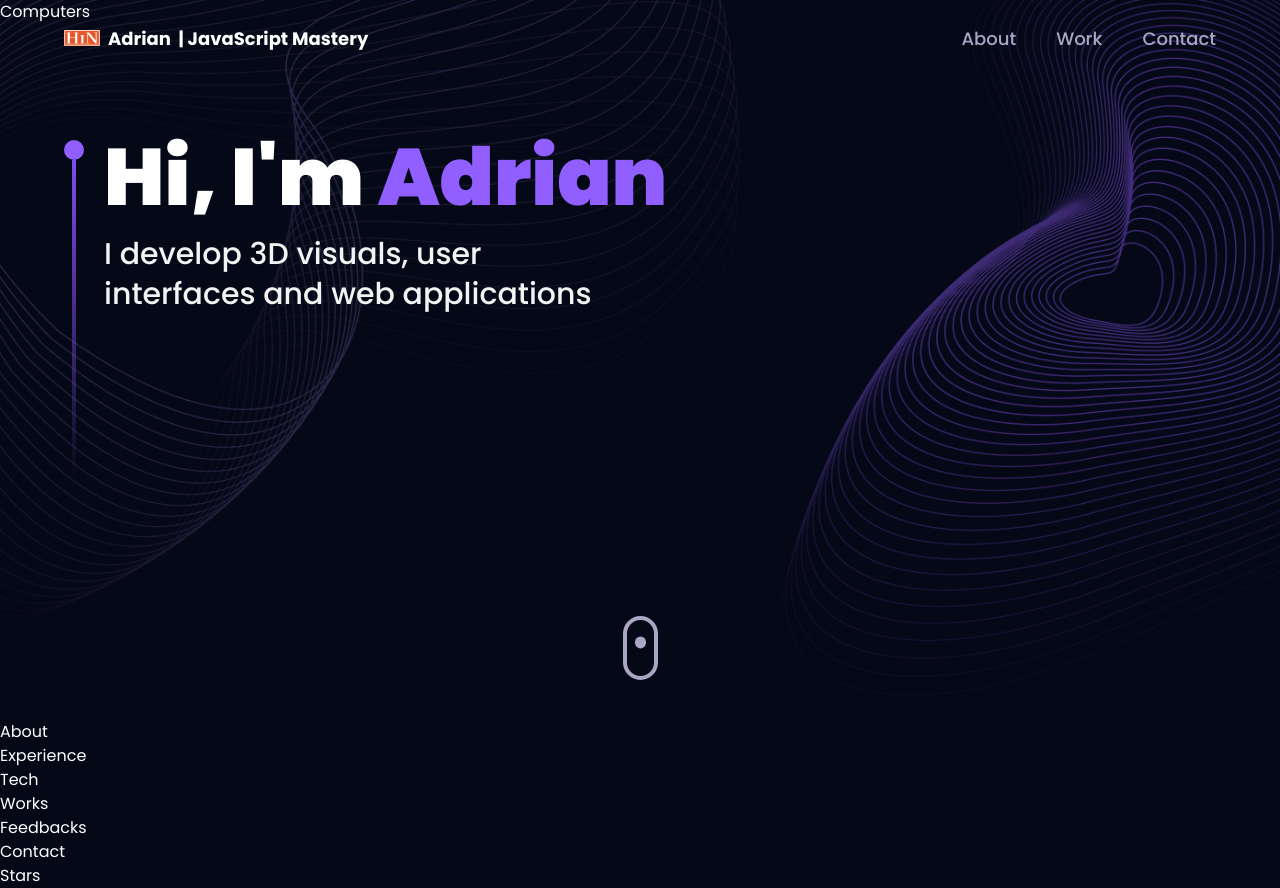
Repository: truonghuynhquy/3D_Portfolio
Page: /
An editor plug-in stored every save of this project. The page is shown before and after the next save, followed by the edit.
The browser window is 1280 px wide. The pictures show the whole page.
The project was rebuilt for these pictures with package versions that can differ from the ones it lists, and the page was loaded fresh each time. Also part of the build but not shown: vite.config.js, src/components/canvas/Earth.jsx, src/components/canvas/Ball.jsx. Imported but missing from the stored project, and not drawn on this page: src/components/hoc, src/components/styles, src/components/utils/motion.

Above is the page before, as saved 2023-04-08 11:03:36.

### index.html
<!DOCTYPE html>
<html lang="en">
  <head>
    <meta charset="UTF-8" />
    <link rel="icon" type="image/svg+xml" href="/src/assets/logo.svg" />
    <meta name="viewport" content="width=device-width, initial-scale=1.0" />
    <title>H1n | Portfolio</title>
  </head>
  <body>
    <div id="root"></div>
    <script type="module" src="/src/main.jsx"></script>
  </body>
</html>

### src/App.jsx
import { BrowserRouter } from "react-router-dom";

import {
    About,
    Contact,
    Experience,
    Feedbacks,
    Hero,
    Navbar,
    Tech,
    Works,
    StarsCanvas,
} from "./components";

const App = () => {
    return (
        <BrowserRouter>
            <div className="relative z-0 bg-primary">
                <div className="bg-hero-pattern bg-cover bg-no-repeat bg-center h-screen">
                    <Navbar />
                    <Hero />
                </div>
                <About />
                <Experience />
                <Tech />
                <Works />
                <Feedbacks />
                <div className="relative z-0">
                    <Contact />
                    <StarsCanvas />
                </div>
            </div>
        </BrowserRouter>
    );
};

export default App;

### src/index.css
@import url("https://fonts.googleapis.com/css2?family=Poppins:wght@100;200;300;400;500;600;700;800;900&display=swap");

@tailwind base;
@tailwind components;
@tailwind utilities;

* {
    margin: 0;
    padding: 0;
    box-sizing: border-box;
    font-family: "Poppins", sans-serif;
    scroll-behavior: smooth;
    color-scheme: dark;
}

.hash-span {
    margin-top: -100px;
    padding-bottom: 100px;
    display: block;
}

.black-gradient {
    background: #000000; /* fallback for old browsers */
    background: -webkit-linear-gradient(
        to right,
        #434343,
        #000000
    ); /* Chrome 10-25, Safari 5.1-6 */
    background: linear-gradient(
        to right,
        #434343,
        #000000
    ); /* W3C, IE 10+/ Edge, Firefox 16+, Chrome 26+, Opera 12+, Safari 7+ */
}

.violet-gradient {
    background: #804dee;
    background: linear-gradient(-90deg, #804dee 0%, rgba(60, 51, 80, 0) 100%);
    background: -webkit-linear-gradient(
        -90deg,
        #804dee 0%,
        rgba(60, 51, 80, 0) 100%
    );
}

.green-pink-gradient {
    background: "#00cea8";
    background: linear-gradient(90.13deg, #00cea8 1.9%, #bf61ff 97.5%);
    background: -webkit-linear-gradient(-90.13deg, #00cea8 1.9%, #bf61ff 97.5%);
}

.orange-text-gradient {
    background: #f12711; /* fallback for old browsers */
    background: -webkit-linear-gradient(
        to top,
        #f12711,
        #f5af19
    ); /* Chrome 10-25, Safari 5.1-6 */
    background: linear-gradient(
        to top,
        #f12711,
        #f5af19
    ); /* W3C, IE 10+/ Edge, Firefox 16+, Chrome 26+, Opera 12+, Safari 7+ */
    -webkit-background-clip: text;
    -webkit-text-fill-color: transparent;
}

.green-text-gradient {
    background: #11998e; /* fallback for old browsers */
    background: -webkit-linear-gradient(
        to top,
        #11998e,
        #38ef7d
    ); /* Chrome 10-25, Safari 5.1-6 */
    background: linear-gradient(
        to top,
        #11998e,
        #38ef7d
    ); /* W3C, IE 10+/ Edge, Firefox 16+, Chrome 26+, Opera 12+, Safari 7+ */
    -webkit-background-clip: text;
    -webkit-text-fill-color: transparent;
}

.blue-text-gradient {
    /* background: -webkit-linear-gradient(#eee, #333); */
    background: #56ccf2; /* fallback for old browsers */
    background: -webkit-linear-gradient(
        to top,
        #2f80ed,
        #56ccf2
    ); /* Chrome 10-25, Safari 5.1-6 */
    background: linear-gradient(
        to top,
        #2f80ed,
        #56ccf2
    ); /* W3C, IE 10+/ Edge, Firefox 16+, Chrome 26+, Opera 12+, Safari 7+ */
    -webkit-background-clip: text;
    -webkit-text-fill-color: transparent;
}

.pink-text-gradient {
    background: #ec008c; /* fallback for old browsers */
    background: -webkit-linear-gradient(
        to top,
        #ec008c,
        #fc6767
    ); /* Chrome 10-25, Safari 5.1-6 */
    background: linear-gradient(
        to top,
        #ec008c,
        #fc6767
    ); /* W3C, IE 10+/ Edge, Firefox 16+, Chrome 26+, Opera 12+, Safari 7+ */
    -webkit-background-clip: text;
    -webkit-text-fill-color: transparent;
}

/* canvas- styles */
.canvas-loader {
    font-size: 10px;
    width: 1em;
    height: 1em;
    border-radius: 50%;
    position: relative;
    text-indent: -9999em;
    animation: mulShdSpin 1.1s infinite ease;
    transform: translateZ(0);
}

@keyframes mulShdSpin {
    0%,
    100% {
        box-shadow: 0em -2.6em 0em 0em #ffffff,
            1.8em -1.8em 0 0em rgba(255, 255, 255, 0.2),
            2.5em 0em 0 0em rgba(255, 255, 255, 0.2),
            1.75em 1.75em 0 0em rgba(255, 255, 255, 0.2),
            0em 2.5em 0 0em rgba(255, 255, 255, 0.2),
            -1.8em 1.8em 0 0em rgba(255, 255, 255, 0.2),
            -2.6em 0em 0 0em rgba(255, 255, 255, 0.5),
            -1.8em -1.8em 0 0em rgba(255, 255, 255, 0.7);
    }
    12.5% {
        box-shadow: 0em -2.6em 0em 0em rgba(255, 255, 255, 0.7),
            1.8em -1.8em 0 0em #ffffff, 2.5em 0em 0 0em rgba(255, 255, 255, 0.2),
            1.75em 1.75em 0 0em rgba(255, 255, 255, 0.2),
            0em 2.5em 0 0em rgba(255, 255, 255, 0.2),
            -1.8em 1.8em 0 0em rgba(255, 255, 255, 0.2),
            -2.6em 0em 0 0em rgba(255, 255, 255, 0.2),
            -1.8em -1.8em 0 0em rgba(255, 255, 255, 0.5);
    }
    25% {
        box-shadow: 0em -2.6em 0em 0em rgba(255, 255, 255, 0.5),
            1.8em -1.8em 0 0em rgba(255, 255, 255, 0.7), 2.5em 0em 0 0em #ffffff,
            1.75em 1.75em 0 0em rgba(255, 255, 255, 0.2),
            0em 2.5em 0 0em rgba(255, 255, 255, 0.2),
            -1.8em 1.8em 0 0em rgba(255, 255, 255, 0.2),
            -2.6em 0em 0 0em rgba(255, 255, 255, 0.2),
            -1.8em -1.8em 0 0em rgba(255, 255, 255, 0.2);
    }
    37.5% {
        box-shadow: 0em -2.6em 0em 0em rgba(255, 255, 255, 0.2),
            1.8em -1.8em 0 0em rgba(255, 255, 255, 0.5),
            2.5em 0em 0 0em rgba(255, 255, 255, 0.7),
            1.75em 1.75em 0 0em #ffffff,
            0em 2.5em 0 0em rgba(255, 255, 255, 0.2),
            -1.8em 1.8em 0 0em rgba(255, 255, 255, 0.2),
            -2.6em 0em 0 0em rgba(255, 255, 255, 0.2),
            -1.8em -1.8em 0 0em rgba(255, 255, 255, 0.2);
    }
    50% {
        box-shadow: 0em -2.6em 0em 0em rgba(255, 255, 255, 0.2),
            1.8em -1.8em 0 0em rgba(255, 255, 255, 0.2),
            2.5em 0em 0 0em rgba(255, 255, 255, 0.5),
            1.75em 1.75em 0 0em rgba(255, 255, 255, 0.7),
            0em 2.5em 0 0em #ffffff, -1.8em 1.8em 0 0em rgba(255, 255, 255, 0.2),
            -2.6em 0em 0 0em rgba(255, 255, 255, 0.2),
            -1.8em -1.8em 0 0em rgba(255, 255, 255, 0.2);
    }
    62.5% {
        box-shadow: 0em -2.6em 0em 0em rgba(255, 255, 255, 0.2),
            1.8em -1.8em 0 0em rgba(255, 255, 255, 0.2),
            2.5em 0em 0 0em rgba(255, 255, 255, 0.2),
            1.75em 1.75em 0 0em rgba(255, 255, 255, 0.5),
            0em 2.5em 0 0em rgba(255, 255, 255, 0.7), -1.8em 1.8em 0 0em #ffffff,
            -2.6em 0em 0 0em rgba(255, 255, 255, 0.2),
            -1.8em -1.8em 0 0em rgba(255, 255, 255, 0.2);
    }
    75% {
        box-shadow: 0em -2.6em 0em 0em rgba(255, 255, 255, 0.2),
            1.8em -1.8em 0 0em rgba(255, 255, 255, 0.2),
            2.5em 0em 0 0em rgba(255, 255, 255, 0.2),
            1.75em 1.75em 0 0em rgba(255, 255, 255, 0.2),
            0em 2.5em 0 0em rgba(255, 255, 255, 0.5),
            -1.8em 1.8em 0 0em rgba(255, 255, 255, 0.7),
            -2.6em 0em 0 0em #ffffff,
            -1.8em -1.8em 0 0em rgba(255, 255, 255, 0.2);
    }
    87.5% {
        box-shadow: 0em -2.6em 0em 0em rgba(255, 255, 255, 0.2),
            1.8em -1.8em 0 0em rgba(255, 255, 255, 0.2),
            2.5em 0em 0 0em rgba(255, 255, 255, 0.2),
            1.75em 1.75em 0 0em rgba(255, 255, 255, 0.2),
            0em 2.5em 0 0em rgba(255, 255, 255, 0.2),
            -1.8em 1.8em 0 0em rgba(255, 255, 255, 0.5),
            -2.6em 0em 0 0em rgba(255, 255, 255, 0.7),
            -1.8em -1.8em 0 0em #ffffff;
    }
}

### src/components/Hero.jsx
import { motion } from "framer-motion";

import { styles } from "../styles";
import { ComputersCanvas } from "./canvas";

const Hero = () => {
  return (
    <section className={`relative w-full h-screen mx-auto`}>
      <div
        className={`absolute inset-0 top-[120px]  max-w-7xl mx-auto ${styles.paddingX} flex flex-row items-start gap-5`}
      >
        <div className='flex flex-col justify-center items-center mt-5'>
          <div className='w-5 h-5 rounded-full bg-[#915EFF]' />
          <div className='w-1 sm:h-80 h-40 violet-gradient' />
        </div>

        <div>
          <h1 className={`${styles.heroHeadText} text-white`}>
            Hi, I'm <span className='text-[#915EFF]'>Adrian</span>
          </h1>
          <p className={`${styles.heroSubText} mt-2 text-white-100`}>
            I develop 3D visuals, user <br className='sm:block hidden' />
            interfaces and web applications
          </p>
        </div>
      </div>

      <ComputersCanvas />

      <div className='absolute xs:bottom-10 bottom-32 w-full flex justify-center items-center'>
        <a href='#about'>
          <div className='w-[35px] h-[64px] rounded-3xl border-4 border-secondary flex justify-center items-start p-2'>
            <motion.div
              animate={{
                y: [0, 24, 0],
              }}
              transition={{
                duration: 1.5,
                repeat: Infinity,
                repeatType: "loop",
              }}
              className='w-3 h-3 rounded-full bg-secondary mb-1'
            />
          </div>
        </a>
      </div>
    </section>
  );
};

export default Hero;

### src/components/Navbar.jsx
import React, { useEffect, useState } from "react";
import { Link } from "react-router-dom";

import { styles } from "../styles";
import { navLinks } from "../constants";
import { logo, menu, close } from "../assets";

const Navbar = () => {
    const [active, setActive] = useState("");
    const [toggle, setToggle] = useState(false);
    const [scrolled, setScrolled] = useState(false);

    useEffect(() => {
        const handleScroll = () => {
            const scrollTop = window.scrollY;
            if (scrollTop > 100) {
                setScrolled(true);
            } else {
                setScrolled(false);
            }
        };

        window.addEventListener("scroll", handleScroll);

        return () => window.removeEventListener("scroll", handleScroll);
    }, []);

    return (
        <nav
            className={`${
                styles.paddingX
            } w-full flex items-center py-5 fixed top-0 z-20 ${
                scrolled ? "bg-primary" : "bg-transparent"
            }`}
        >
            <div className="w-full flex justify-between items-center max-w-7xl mx-auto">
                <Link
                    to="/"
                    className="flex items-center gap-2"
                    onClick={() => {
                        setActive("");
                        window.scrollTo(0, 0);
                    }}
                >
                    <img
                        src={logo}
                        alt="logo"
                        className="w-9 h-9 object-contain"
                    />
                    <p className="text-white text-[18px] font-bold cursor-pointer flex ">
                        Adrian &nbsp;
                        <span className="sm:block hidden">
                            {" "}
                            | JavaScript Mastery
                        </span>
                    </p>
                </Link>

                <ul className="list-none hidden sm:flex flex-row gap-10">
                    {navLinks.map((nav) => (
                        <li
                            key={nav.id}
                            className={`${
                                active === nav.title
                                    ? "text-white"
                                    : "text-secondary"
                            } hover:text-white text-[18px] font-medium cursor-pointer`}
                            onClick={() => setActive(nav.title)}
                        >
                            <a href={`#${nav.id}`}>{nav.title}</a>
                        </li>
                    ))}
                </ul>

                <div className="sm:hidden flex flex-1 justify-end items-center">
                    <img
                        src={toggle ? close : menu}
                        alt="menu"
                        className="w-[28px] h-[28px] object-contain"
                        onClick={() => setToggle(!toggle)}
                    />

                    <div
                        className={`${
                            !toggle ? "hidden" : "flex"
                        } p-6 black-gradient absolute top-20 right-0 mx-4 my-2 min-w-[140px] z-10 rounded-xl`}
                    >
                        <ul className="list-none flex justify-end items-start flex-1 flex-col gap-4">
                            {navLinks.map((nav) => (
                                <li
                                    key={nav.id}
                                    className={`font-poppins font-medium cursor-pointer text-[16px] ${
                                        active === nav.title
                                            ? "text-white"
                                            : "text-secondary"
                                    }`}
                                    onClick={() => {
                                        setToggle(!toggle);
                                        setActive(nav.title);
                                    }}
                                >
                                    <a href={`#${nav.id}`}>{nav.title}</a>
                                </li>
                            ))}
                        </ul>
                    </div>
                </div>
            </div>
        </nav>
    );
};

export default Navbar;

### src/constants/index.js
import {
  mobile,
  backend,
  creator,
  web,
  javascript,
  typescript,
  html,
  css,
  reactjs,
  redux,
  tailwind,
  nodejs,
  mongodb,
  git,
  figma,
  docker,
  meta,
  starbucks,
  tesla,
  shopify,
  carrent,
  jobit,
  tripguide,
  threejs,
} from "../assets";

export const navLinks = [
  {
    id: "about",
    title: "About",
  },
  {
    id: "work",
    title: "Work",
  },
  {
    id: "contact",
    title: "Contact",
  },
];

const services = [
  {
    title: "Web Developer",
    icon: web,
  },
  {
    title: "React Native Developer",
    icon: mobile,
  },
  {
    title: "Backend Developer",
    icon: backend,
  },
  {
    title: "Content Creator",
    icon: creator,
  },
];

const technologies = [
  {
    name: "HTML 5",
    icon: html,
  },
  {
    name: "CSS 3",
    icon: css,
  },
  {
    name: "JavaScript",
    icon: javascript,
  },
  {
    name: "TypeScript",
    icon: typescript,
  },
  {
    name: "React JS",
    icon: reactjs,
  },
  {
    name: "Redux Toolkit",
    icon: redux,
  },
  {
    name: "Tailwind CSS",
    icon: tailwind,
  },
  {
    name: "Node JS",
    icon: nodejs,
  },
  {
    name: "MongoDB",
    icon: mongodb,
  },
  {
    name: "Three JS",
    icon: threejs,
  },
  {
    name: "git",
    icon: git,
  },
  {
    name: "figma",
    icon: figma,
  },
  {
    name: "docker",
    icon: docker,
  },
];

const experiences = [
  {
    title: "React.js Developer",
    company_name: "Starbucks",
    icon: starbucks,
    iconBg: "#383E56",
    date: "March 2020 - April 2021",
    points: [
      "Developing and maintaining web applications using React.js and other related technologies.",
      "Collaborating with cross-functional teams including designers, product managers, and other developers to create high-quality products.",
      "Implementing responsive design and ensuring cross-browser compatibility.",
      "Participating in code reviews and providing constructive feedback to other developers.",
    ],
  },
  {
    title: "React Native Developer",
    company_name: "Tesla",
    icon: tesla,
    iconBg: "#E6DEDD",
    date: "Jan 2021 - Feb 2022",
    points: [
      "Developing and maintaining web applications using React.js and other related technologies.",
      "Collaborating with cross-functional teams including designers, product managers, and other developers to create high-quality products.",
      "Implementing responsive design and ensuring cross-browser compatibility.",
      "Participating in code reviews and providing constructive feedback to other developers.",
    ],
  },
  {
    title: "Web Developer",
    company_name: "Shopify",
    icon: shopify,
    iconBg: "#383E56",
    date: "Jan 2022 - Jan 2023",
    points: [
      "Developing and maintaining web applications using React.js and other related technologies.",
      "Collaborating with cross-functional teams including designers, product managers, and other developers to create high-quality products.",
      "Implementing responsive design and ensuring cross-browser compatibility.",
      "Participating in code reviews and providing constructive feedback to other developers.",
    ],
  },
  {
    title: "Full stack Developer",
    company_name: "Meta",
    icon: meta,
    iconBg: "#E6DEDD",
    date: "Jan 2023 - Present",
    points: [
      "Developing and maintaining web applications using React.js and other related technologies.",
      "Collaborating with cross-functional teams including designers, product managers, and other developers to create high-quality products.",
      "Implementing responsive design and ensuring cross-browser compatibility.",
      "Participating in code reviews and providing constructive feedback to other developers.",
    ],
  },
];

const testimonials = [
  {
    testimonial:
      "I thought it was impossible to make a website as beautiful as our product, but Rick proved me wrong.",
    name: "Sara Lee",
    designation: "CFO",
    company: "Acme Co",
    image: "https://randomuser.me/api/portraits/women/4.jpg",
  },
  {
    testimonial:
      "I've never met a web developer who truly cares about their clients' success like Rick does.",
    name: "Chris Brown",
    designation: "COO",
    company: "DEF Corp",
    image: "https://randomuser.me/api/portraits/men/5.jpg",
  },
  {
    testimonial:
      "After Rick optimized our website, our traffic increased by 50%. We can't thank them enough!",
    name: "Lisa Wang",
    designation: "CTO",
    company: "456 Enterprises",
    image: "https://randomuser.me/api/portraits/women/6.jpg",
  },
];

const projects = [
  {
    name: "Car Rent",
    description:
      "Web-based platform that allows users to search, book, and manage car rentals from various providers, providing a convenient and efficient solution for transportation needs.",
    tags: [
      {
        name: "react",
        color: "blue-text-gradient",
      },
      {
        name: "mongodb",
        color: "green-text-gradient",
      },
      {
        name: "tailwind",
        color: "pink-text-gradient",
      },
    ],
    image: carrent,
    source_code_link: "https://github.com/",
  },
  {
    name: "Job IT",
    description:
      "Web application that enables users to search for job openings, view estimated salary ranges for positions, and locate available jobs based on their current location.",
    tags: [
      {
        name: "react",
        color: "blue-text-gradient",
      },
      {
        name: "restapi",
        color: "green-text-gradient",
      },
      {
        name: "scss",
        color: "pink-text-gradient",
      },
    ],
    image: jobit,
    source_code_link: "https://github.com/",
  },
  {
    name: "Trip Guide",
    description:
      "A comprehensive travel booking platform that allows users to book flights, hotels, and rental cars, and offers curated recommendations for popular destinations.",
    tags: [
      {
        name: "nextjs",
        color: "blue-text-gradient",
      },
      {
        name: "supabase",
        color: "green-text-gradient",
      },
      {
        name: "css",
        color: "pink-text-gradient",
      },
    ],
    image: tripguide,
    source_code_link: "https://github.com/",
  },
];

export { services, technologies, experiences, testimonials, projects };

### src/assets/index.js
import logo from "./logo.svg";
import backend from "./backend.png";
import creator from "./creator.png";
import mobile from "./mobile.png";
import web from "./web.png";
import github from "./github.png";
import menu from "./menu.svg";
import close from "./close.svg";

import css from "./tech/css.png";
import docker from "./tech/docker.png";
import figma from "./tech/figma.png";
import git from "./tech/git.png";
import html from "./tech/html.png";
import javascript from "./tech/javascript.png";
import mongodb from "./tech/mongodb.png";
import nodejs from "./tech/nodejs.png";
import reactjs from "./tech/reactjs.png";
import redux from "./tech/redux.png";
import tailwind from "./tech/tailwind.png";
import typescript from "./tech/typescript.png";
import threejs from "./tech/threejs.svg";

import meta from "./company/meta.png";
import shopify from "./company/shopify.png";
import starbucks from "./company/starbucks.png";
import tesla from "./company/tesla.png";

import carrent from "./carrent.png";
import jobit from "./jobit.png";
import tripguide from "./tripguide.png";

export {
  logo,
  backend,
  creator,
  mobile,
  web,
  github,
  menu,
  close,
  css,
  docker,
  figma,
  git,
  html,
  javascript,
  mongodb,
  nodejs,
  reactjs,
  redux,
  tailwind,
  typescript,
  threejs,
  meta,
  shopify,
  starbucks,
  tesla,
  carrent,
  jobit,
  tripguide,
};

### tailwind.config.js
/** @type {import('tailwindcss').Config} */
module.exports = {
    content: ["./src/**/*.{js,jsx}"],
    mode: "jit",
    theme: {
        extend: {
            colors: {
                primary: "#050816",
                secondary: "#aaa6c3",
                tertiary: "#151030",
                "black-100": "#100d25",
                "black-200": "#090325",
                "white-100": "#f3f3f3",
            },
            boxShadow: {
                card: "0px 35px 120px -15px #211e35",
            },
            screens: {
                xs: "450px",
            },
            backgroundImage: {
                "hero-pattern": "url('/src/assets/herobg.png')",
            },
        },
    },
    plugins: [],
};

Loaded but not shown: src/main.jsx (common file); src/components/index.js (common file); src/components/canvas/index.js (common file); src/components/About.jsx (common file); src/components/Tech.jsx (common file); src/components/Experience.jsx (common file); src/components/Works.jsx (common file); src/components/Feedbacks.jsx (common file); src/components/Contact.jsx (common file); src/components/canvas/Computers.jsx (common file); src/components/canvas/Stars.jsx (common file); src/styles.js (common file)

After the next save:
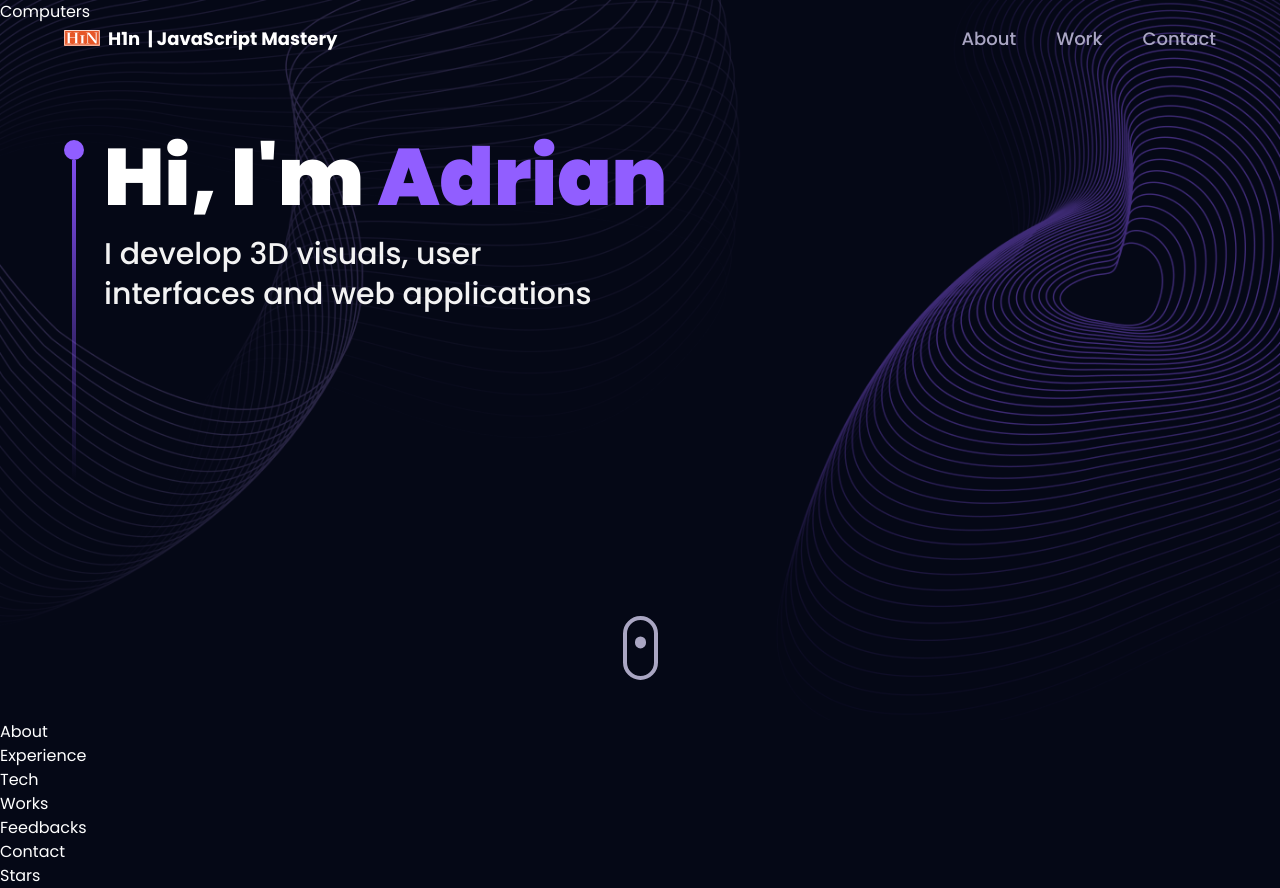
Saved 111 s later.
--- a/src/components/Navbar.jsx
+++ b/src/components/Navbar.jsx
@@ -48,7 +48,7 @@
                         className="w-9 h-9 object-contain"
                     />
                     <p className="text-white text-[18px] font-bold cursor-pointer flex ">
-                        Adrian &nbsp;
+                        H1n &nbsp;
                         <span className="sm:block hidden">
                             {" "}
                             | JavaScript Mastery
